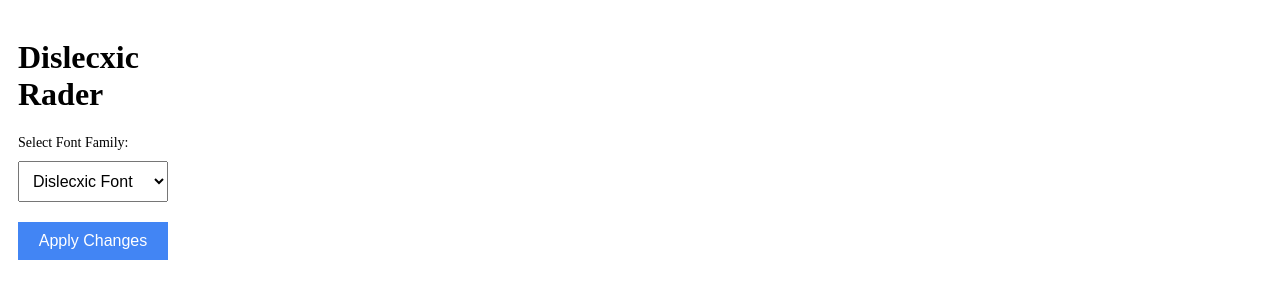
Repository: adatechschool/extension-navigateur-extension_walid_eliana_imelda
Page: Extention 3/popup.html
The author's editor kept a copy of each file at every save. The page is drawn from the files as they stood at one save, then again after the next save.
The browser window is 1280 px wide. The pictures show the whole page.

Above is the page before, as saved 2024-01-12 12:44:53.

After the next save:
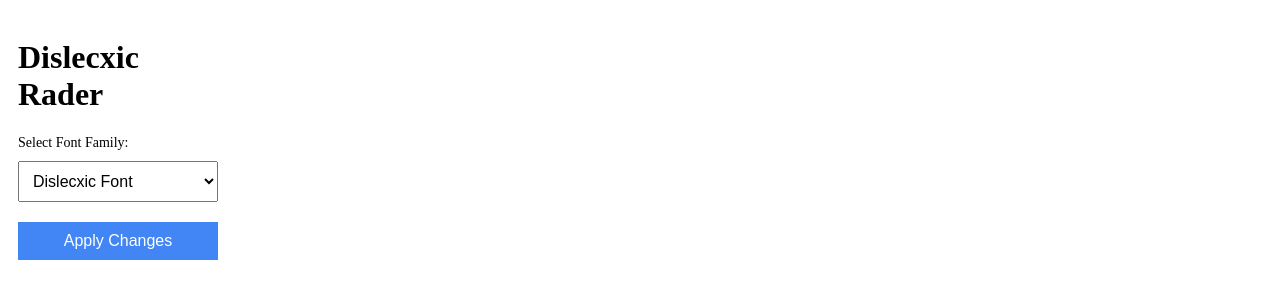
Saved 20 s later.
--- a/Extention 3/popup.css
+++ b/Extention 3/popup.css
@@ -1,5 +1,5 @@
 body {
-    width: 150px;
+    width: 200px;
     padding: 10px;
   }
 
